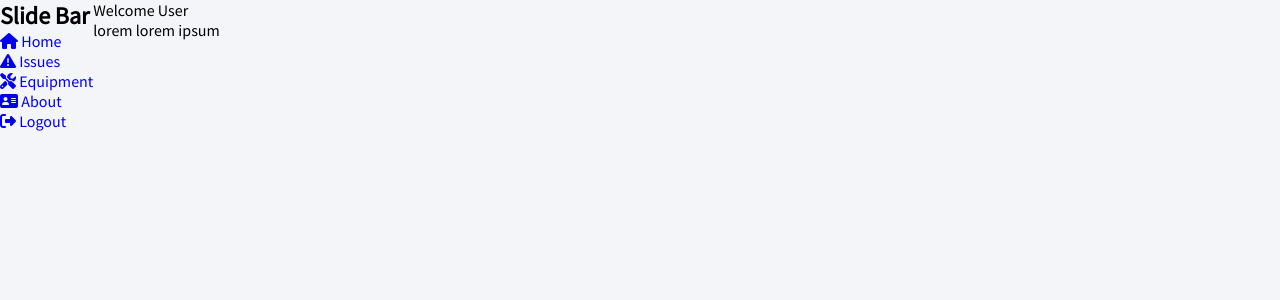
Repository: Lungdjos/ZescoIssueTS
Page: zits/src/main/resources/templates/about_us.html
These files come from the project's save history. The page is drawn as it stood at one moment and after a run of saves; the edit follows.
The browser window is 1280 px wide. The pictures show the whole page.
Some web libraries are served in a nearby version.

Above is the page before, as saved 2021-07-09 22:44:17.

### zits/src/main/resources/templates/about_us.html
<!DOCTYPE html>
<html lang="en">

<head>
    <meta charset="UTF-8">
    <title>About Us Page</title>
    <link rel="stylesheet" href="https://pro.fontawesome.com/releases/v5.10.0/css/all.css" integrity="sha384-AYmEC3Yw5cVb3ZcuHtOA93w35dYTsvhLPVnYs9eStHfGJvOvKxVfELGroGkvsg+p" crossorigin="anonymous" />
    <link rel="stylesheet" href="/css/styles.css">

    <script src="https://kit.fontawesome.com/953cd41e6c.js" crossorigin="anonymous"></script>
</head>

<body>
    <div class="wrapper">
        <div class="sidebar">
            <h2>Slide Bar</h2>
            <ul>
                <li>
                    <a href="#"><i class="fas fa-home"></i> Home</a>
                </li>
                <li>
                    <a href="#"><i class="fas fa-exclamation-triangle"></i> Issues</a>
                </li>
                <li>
                    <a href="#"><i class="fas fa-tools"></i> Equipment</a>
                </li>
                <li>
                    <a href="#"><i class="fas fa-address-card"></i> About</a>
                </li>
                <li>
                    <a href="#"><i class="fas fa-sign-out-alt"></i> Logout</a>
                </li>
            </ul>
        </div>
        <div class="main_content">
            <div class="header">Welcome User</div>
            <div class="info">
                <div>
                    lorem lorem ipsum
                </div>
            </div>
        </div>
    </div>


</body>

</html>

### zits/src/main/resources/templates/css/styles.css
@import url('https://fonts.googleapis.com/css2?family=Source+Sans+Pro&display=swap');
* {
    margin: 0;
    padding: 0;
    box-sizing: border-box;
    list-style: none;
    text-decoration: none;
    font-family: Source Sans Pro;
}

body {
    background: #f3f5f9;
}

.wrapper {
    display: flex;
    position: relative;
}

.wrapper .sidebar {
    position:
}

After the next 2 saves:
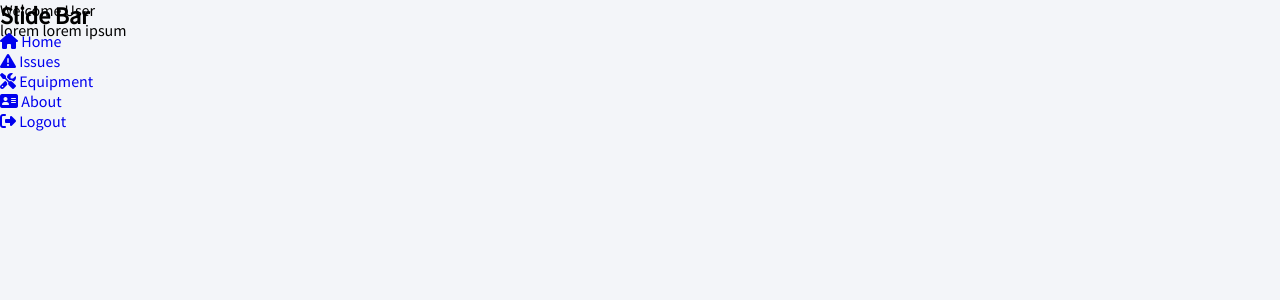
The 2 saves are shown as one change because they came seconds apart.
The last was saved 5 s later.
--- a/zits/src/main/resources/templates/css/styles.css
+++ b/zits/src/main/resources/templates/css/styles.css
@@ -18,5 +18,5 @@
 }
 
 .wrapper .sidebar {
-    position:
+    position: fixed;
 }
